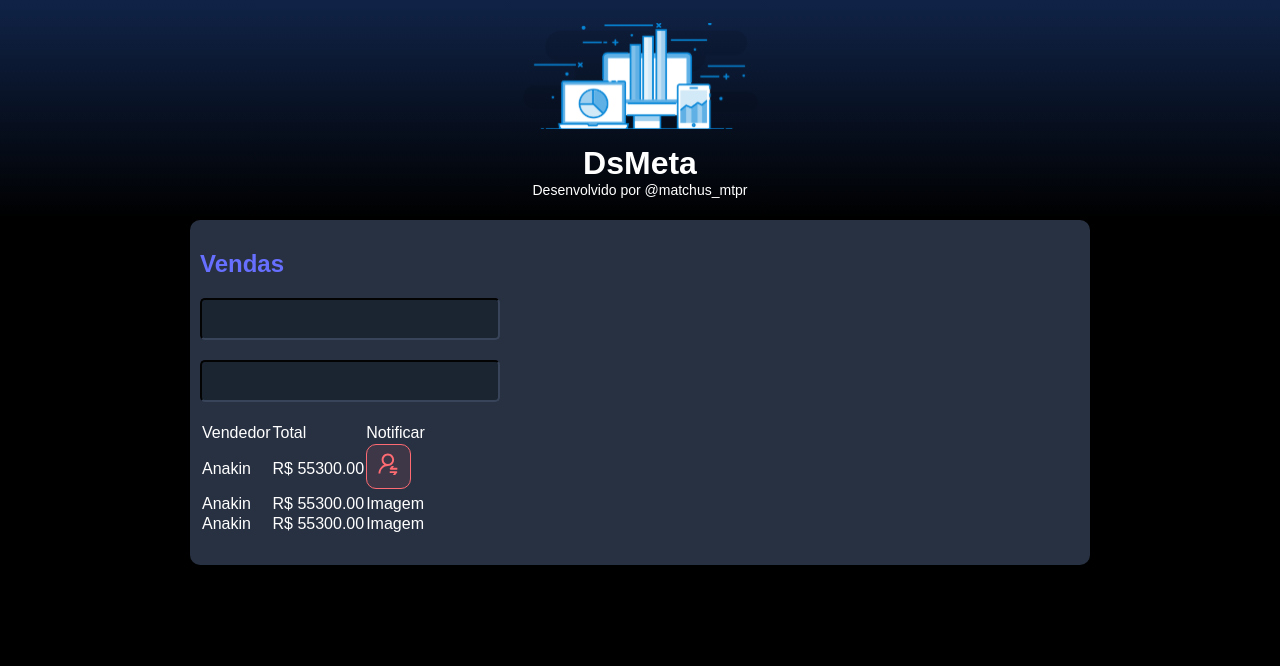
Repository: MatheusAlvesPereiraRosa/ds-meta
Page: index.html
The author's editor kept a copy of each file at every save. The page is drawn from the files as they stood at one save, then again after the next save.
The browser window is 1280 px wide. The pictures show the whole page.

Above is the page before, as saved 2022-09-01 12:02:49.

After the next save:
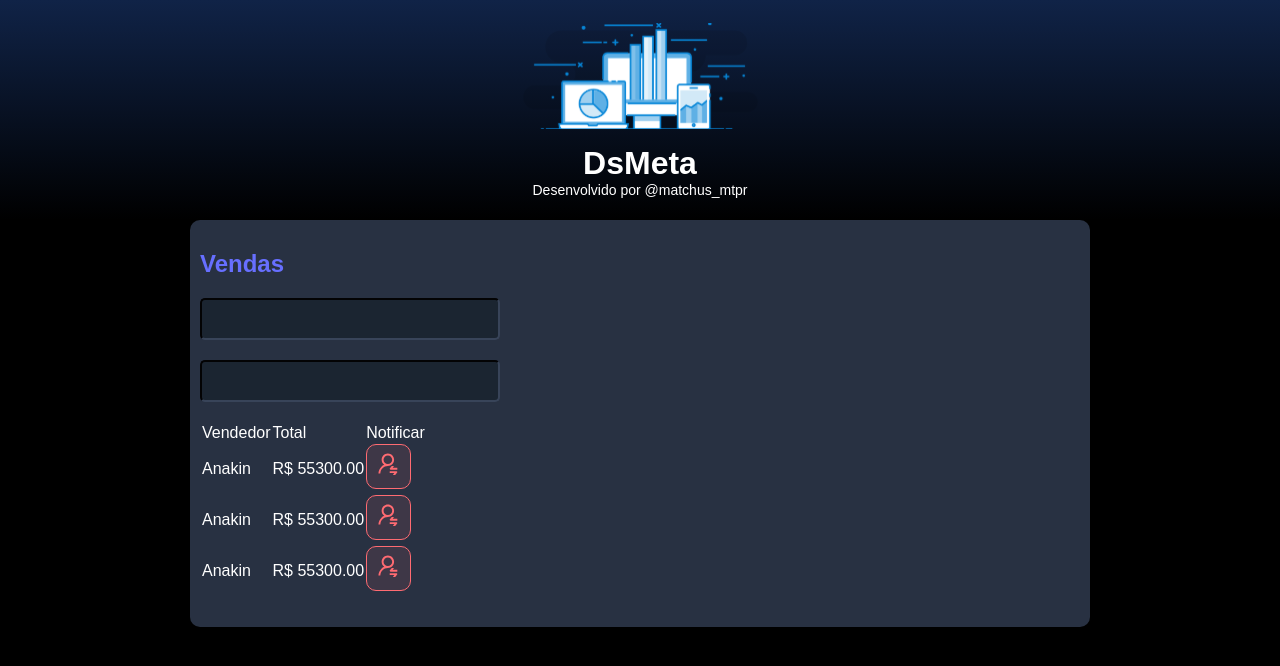
Saved 4 days later.
--- a/index.html
+++ b/index.html
@@ -53,12 +53,12 @@
                   <tr>
                     <td>Anakin</td>
                     <td>R$ 55300.00</td>
-                    <td>Imagem</td>
+                    <td><img src="icon.svg" alt="Notificar" /></td>
                   </tr>
                   <tr>
                     <td>Anakin</td>
                     <td>R$ 55300.00</td>
-                    <td>Imagem</td>
+                    <td><img src="icon.svg" alt="Notificar" /></td>
                   </tr>
                 </tbody>
               </table>
